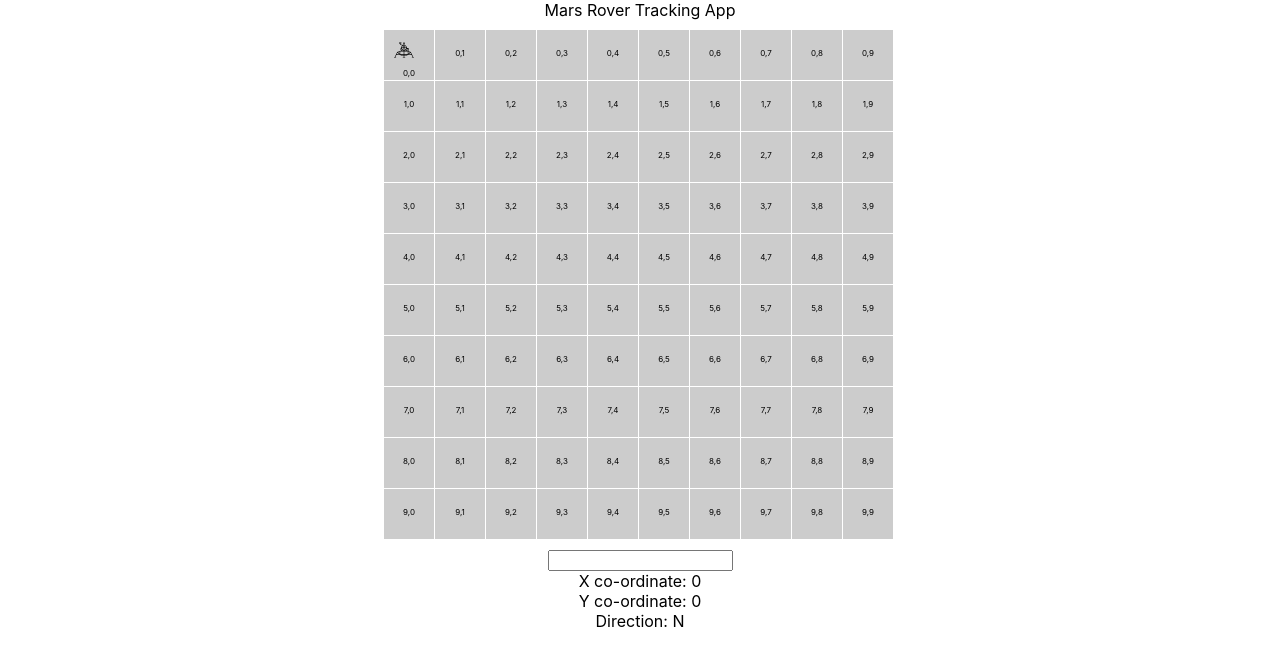
Repository: madhurisandbhor/Rover-Tracking-App
Page: /
These files come from the project's save history. The page is drawn as it stood at one moment and after the next save; the edit follows.
The browser window is 1280 px wide. The pictures show the whole page.
The project was rebuilt for these pictures with package versions that can differ from the ones it lists, and the page was loaded fresh each time.

Above is the page before, as saved 2021-09-06 19:10:42.

After the next save:
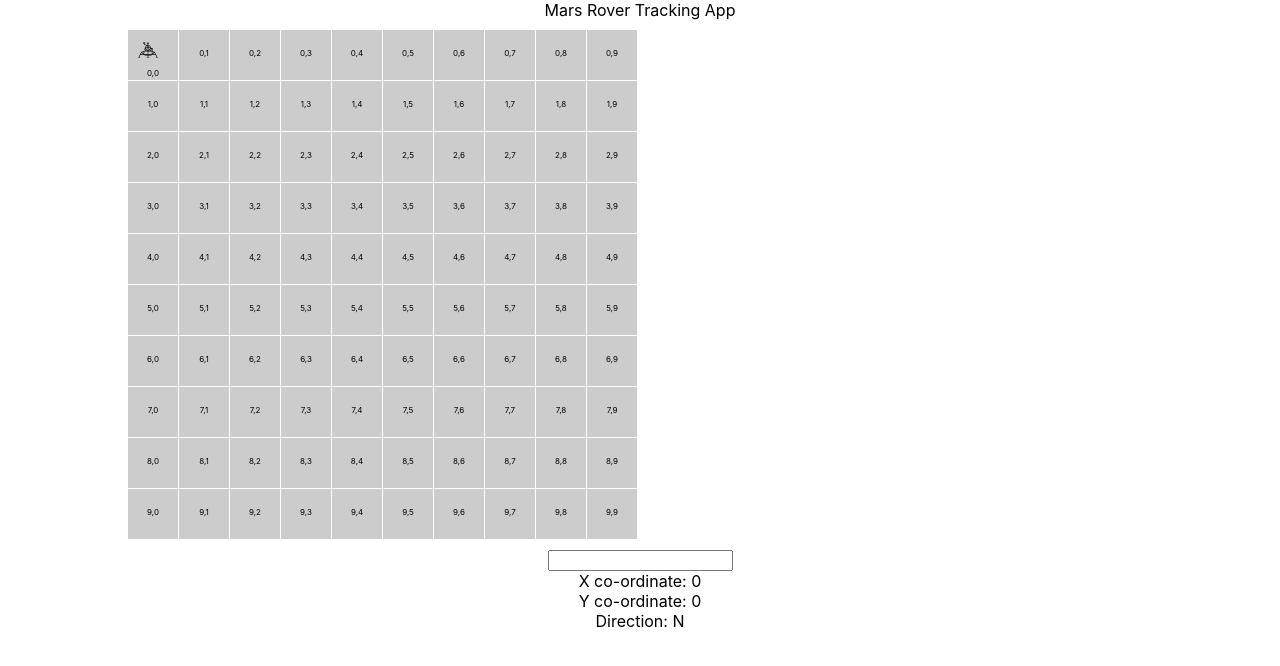
Saved 4 s later.
--- a/src/Grid.jsx
+++ b/src/Grid.jsx
@@ -4,7 +4,7 @@
 import roverIcon from './svg/rover-icon.svg'
 
 const wrapper = {
-  width: '50%',
+  width: '100%',
   margin: '10px auto',
 }
 

After the save that followed:
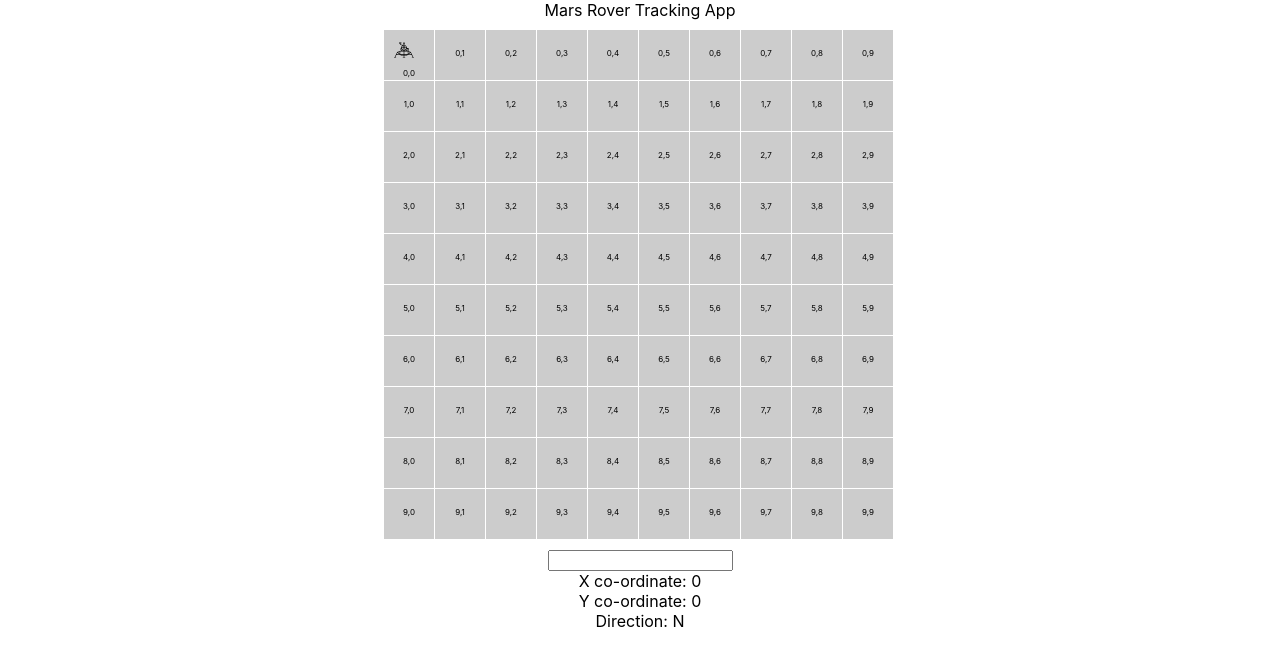
Saved 5 s later.
--- a/src/Grid.jsx
+++ b/src/Grid.jsx
@@ -4,7 +4,7 @@
 import roverIcon from './svg/rover-icon.svg'
 
 const wrapper = {
-  width: '100%',
+  width: '50%',
   margin: '10px auto',
 }
 
